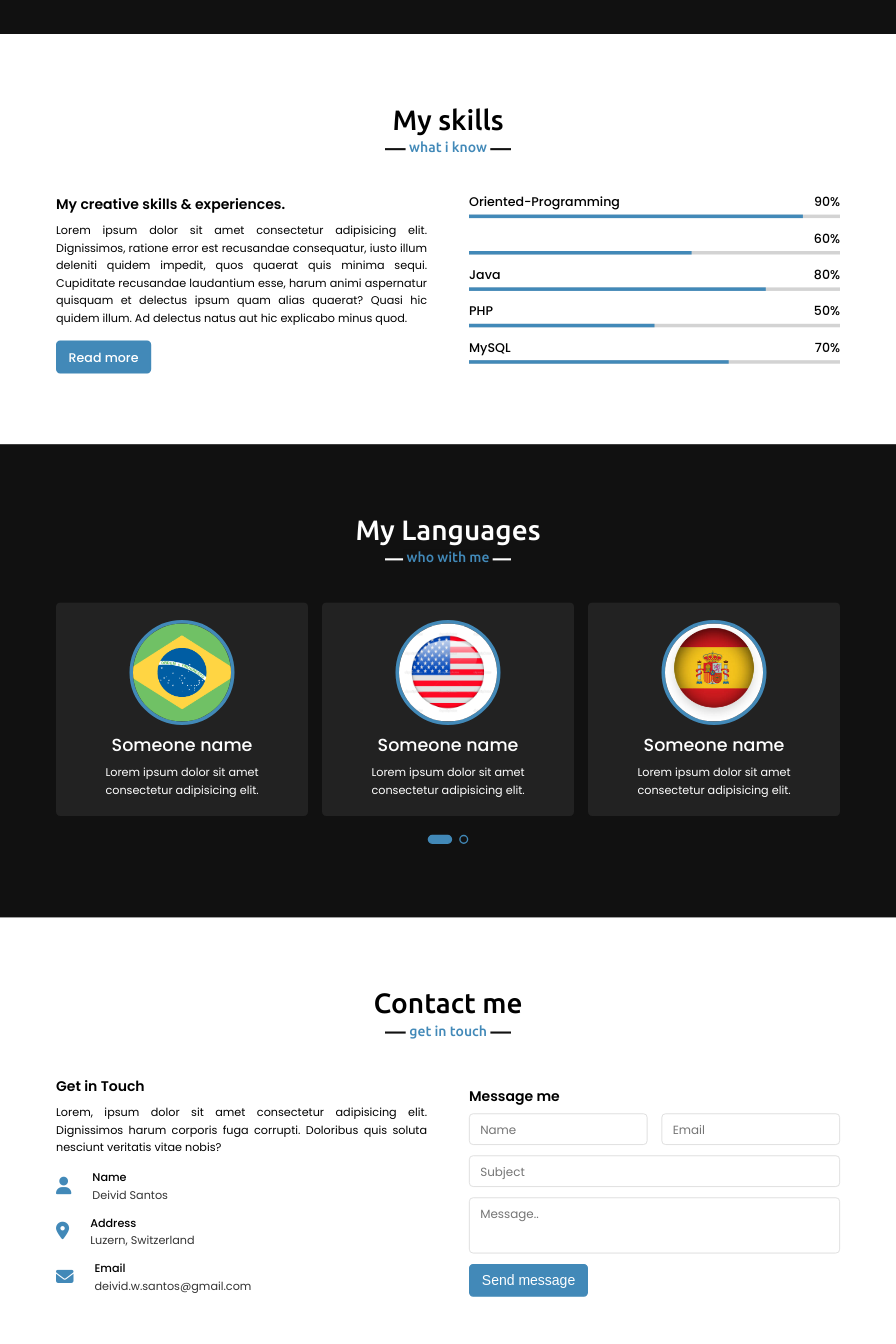
Repository: deividwsantoss/portfolio
Page: index.html
These files come from the project's save history. The page is drawn as it stood at one moment and after the next save; the edit follows.
The browser window is 1280 px wide. The pictures show the part of the page from y = 2051 to 3971 px (the page is 4073 px tall), at 70% of full size.
Some web libraries are served in a nearby version.

Above is the page before, as saved 2021-03-02 09:06:26.

### index.html
<!DOCTYPE html>
<html lang="en">
    <head>
        <meta charset="UTF-8">
        <meta name="viewport" content="width=device-width, initial-scale=1.0">
       <title>Deivid Santos Portfolio</title>
        <link rel="stylesheet" href="/Content/style.css">
        <script src="https://kit.fontawesome.com/a076d05399.js"></script>
        <script  src="https://code.jquery.com/jquery-3.5.1.min.js"></script>
        <script src="https://cdnjs.cloudflare.com/ajax/libs/typed.js/2.0.11/typed.min.js"></script>
        <script src="https://cdnjs.cloudflare.com/ajax/libs/waypoints/4.0.1/jquery.waypoints.min.js"></script>
        <script src="https://cdnjs.cloudflare.com/ajax/libs/OwlCarousel2/2.3.4/owl.carousel.min.js"></script>
        <link rel="stylesheet" href="https://cdnjs.cloudflare.com/ajax/libs/OwlCarousel2/2.3.4/assets/owl.carousel.min.css"/>
    </head>
<body>
    <nav class="navbar">
        <div class="max-width">
            <div class="logo"><a href="#">Portifo<span>lio.</span></a></div>
            <ul class="menu">
                <li><a href="#home" class="menu-btn">Home</a></li>
                <li><a href="#about" class="menu-btn">About</a></li>
                <li><a href="#services" class="menu-btn">Services</a></li>
                <li><a href="#skills" class="menu-btn">Skills</a></li>
                <li><a href="#teams" class="menu-btn">Teams</a></li>
                <li><a href="#contact" class="menu-btn">Contact</a></li>
            </ul>
            <div class="menu-btn">
                <i class="fas fa-bars"></i>
            </div>
        </div>
    </nav>

    <!-- Home Section Start -->
    <section class="home" id="home">
        <div class="max-width">
            <div class="home-content">
                <div class="text-1">Hello, my name is </div>
                <div class="text-2">Deivid Santos</div>
                <div class="text-3">And I'm a  <span class="typing"></span></div>
            </div>
        </div>
    </section>
<!-- about section start -->
<section class="about" id="about">
    <div class="max-width">
        <h2 class="title">About me</h2>
        <div class="about-content">
            <div class="column left">
                <img src="images/profile-1.jpeg" alt="">
            </div>
            <div class="column right">
                <div class="text">I'm Deivid and I'm a <span class="typing-2"></span></div>
                <p>Lorem ipsum dolor sit amet consectetur adipisicing elit. Quasi ut voluptatum eveniet doloremque autem excepturi eaque, sit laboriosam voluptatem nisi delectus. Facere explicabo hic minus accusamus alias fuga nihil dolorum quae. Explicabo illo unde, odio consequatur ipsam possimus veritatis, placeat, ab molestiae velit inventore exercitationem consequuntur blanditiis omnis beatae. Dolor iste excepturi ratione soluta quas culpa voluptatum repudiandae harum non.</p>
                <a href="#">Download CV</a>
            </div>
        </div>
    </div>
</section>
  <!-- services section start -->
  <section class="services" id="services">
    <div class="max-width">
        <h2 class="title">My services</h2>
        <div class="serv-content">
            <div class="card">
                <div class="box">
                    <i class="fas fa-paint-brush"></i>
                    <div class="text">Software Development</div>
                    <p>With good knowledge in Oriented-Object Programing, solutions-oriented professional, I am passionate about all the Software Development Life Cycle, from extensive analysis and design though execution and maintenance. </p>
                </div>
            </div>
            <div class="card">
                <div class="box">
                    <i class="fas fa-chart-line"></i>
                    <div class="text">Test Engineer</div>
                    <p>Experienced with software testing and quality assurance, with excellent analytical and diversified experience in manual and automated testing of web-based and client/server application.  </p>
                </div>
            </div>
            <div class="card">
                <div class="box">
                    <i class="fas fa-code"></i>
                    <div class="text">Software Engineer</div>
                    <p>Seasoned, foward-looking, with +4 years' background in creating and executing innovative software solutions to enhance business productivity.</p>
                </div>
            </div>
           </div>
        </div>
    </div>
</section>

<!-- skills section start -->
<section class="skills" id="skills">
    <div class="max-width">
        <h2 class="title">My skills</h2>
        <div class="skills-content">
            <div class="column left">
                <div class="text">My creative skills & experiences.</div>
                <p>Lorem ipsum dolor sit amet consectetur adipisicing elit. Dignissimos, ratione error est recusandae consequatur, iusto illum deleniti quidem impedit, quos quaerat quis minima sequi. Cupiditate recusandae laudantium esse, harum animi aspernatur quisquam et delectus ipsum quam alias quaerat? Quasi hic quidem illum. Ad delectus natus aut hic explicabo minus quod.</p>
                <a href="#">Read more</a>
            </div>
            <div class="column right">
                <div class="bars">
                    <div class="info">
                        <span>Oriented-Programming</span>
                        <span>90%</span>
                    </div>
                    <div class="line html"></div>
                </div>
                <div class="bars">
                    <div class="info">
                        <span></span>
                        <span>60%</span>
                    </div>
                    <div class="line css"></div>
                </div>
                <div class="bars">
                    <div class="info">
                        <span>Java</span>
                        <span>80%</span>
                    </div>
                    <div class="line js"></div>
                </div>
                <div class="bars">
                    <div class="info">
                        <span>PHP</span>
                        <span>50%</span>
                    </div>
                    <div class="line php"></div>
                </div>
                <div class="bars">
                    <div class="info">
                        <span>MySQL</span>
                        <span>70%</span>
                    </div>
                    <div class="line mysql"></div>
                </div>
            </div>
        </div>
    </div>
</section>

<!-- speaking section start -->
<section class="teams" id="teams">
    <div class="max-width">
        <h2 class="title">My Languages</h2>
        <div class="carousel owl-carousel">
            <div class="card">
                <div class="box">
                    <img src="images/brazil.jpg" alt="">
                    <div class="text">Someone name</div>
                    <p>Lorem ipsum dolor sit amet consectetur adipisicing elit.</p>
                </div>
            </div>
            <div class="card">
                <div class="box">
                    <img src="images/usa.jpg" alt="">
                    <div class="text">Someone name</div>
                    <p>Lorem ipsum dolor sit amet consectetur adipisicing elit.</p>
                </div>
            </div>
            <div class="card">
                <div class="box">
                    <img src="images/spain-flag-button-round.jpeg" alt="">
                    <div class="text">Someone name</div>
                    <p>Lorem ipsum dolor sit amet consectetur adipisicing elit.</p>
                </div>
            </div>
            <div class="card">
                <div class="box">
                    <img src="images/profile-4.jpeg" alt="">
                    <div class="text">Someone name</div>
                    <p>Lorem ipsum dolor sit amet consectetur adipisicing elit.</p>
                </div>
            </div>
            <div class="card">
                <div class="box">
                    <img src="images/profile-5.jpeg" alt="">
                    <div class="text">Someone name</div>
                    <p>Lorem ipsum dolor sit amet consectetur adipisicing elit.</p>
                </div>
            </div>
        </div>
    </div>
</section>

<!-- contact section start -->
<section class="contact" id="contact">
    <div class="max-width">
        <h2 class="title">Contact me</h2>
        <div class="contact-content">
            <div class="column left">
                <div class="text">Get in Touch</div>
                <p>Lorem, ipsum dolor sit amet consectetur adipisicing elit. Dignissimos harum corporis fuga corrupti. Doloribus quis soluta nesciunt veritatis vitae nobis?</p>
                <div class="icons">
                    <div class="row">
                        <i class="fas fa-user"></i>
                        <div class="info">
                            <div class="head">Name</div>
                            <div class="sub-title">Deivid Santos</div>
                        </div>
                    </div>
                    <div class="row">
                        <i class="fas fa-map-marker-alt"></i>
                        <div class="info">
                            <div class="head">Address</div>
                            <div class="sub-title">Luzern, Switzerland</div>
                        </div>
                    </div>
                    <div class="row">
                        <i class="fas fa-envelope"></i>
                        <div class="info">
                            <div class="head">Email</div>
                            <div class="sub-title">deivid.w.santos@gmail.com</div>
                        </div>
                    </div>
                </div>
            </div>
            <div class="column right">
                <div class="text">Message me</div>
                <form action="#">
                    <div class="fields">
                        <div class="field name">
                            <input type="text" placeholder="Name" required>
                        </div>
                        <div class="field email">
                            <input type="email" placeholder="Email" required>
                        </div>
                    </div>
                    <div class="field">
                        <input type="text" placeholder="Subject" required>
                    </div>
                    <div class="field textarea">
                        <textarea cols="30" rows="10" placeholder="Message.." required></textarea>
                    </div>
                    <div class="button">
                        <button type="submit">Send message</button>
                    </div>
                </form>
            </div>
        </div>
    </div>
</section>

<!-- footer section start -->
<footer>
    <span>Created By Deivid Santos | <span class="far fa-copyright"></span> 2021 All rights reserved.</span>
</footer>

<script src="script.js"></script>
</body>
</html>
    <script src="/Scripts/script.js" type="text/javascript"></script>
</body>
</html>

Loaded but not shown: Scripts/script.js (72 lines, source omitted); Content/style.css (673 lines, source omitted)

After the next save:
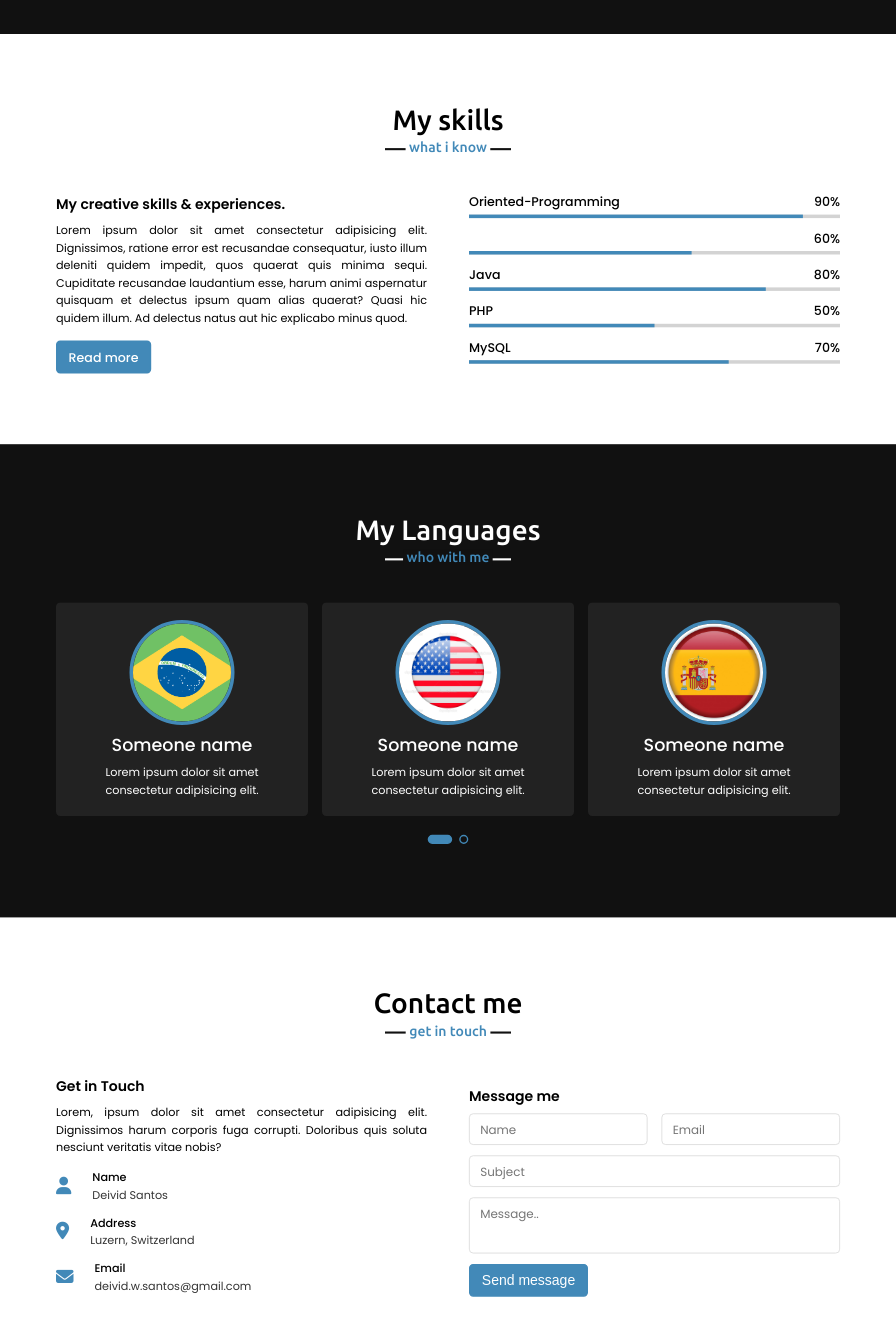
Saved 54 s later.
--- a/index.html
+++ b/index.html
@@ -159,7 +159,7 @@
             </div>
             <div class="card">
                 <div class="box">
-                    <img src="images/spain-flag-button-round.jpeg" alt="">
+                    <img src="images/depositphotos_5100716-stock-illustration-spain-flag-icon.jpg" alt="">
                     <div class="text">Someone name</div>
                     <p>Lorem ipsum dolor sit amet consectetur adipisicing elit.</p>
                 </div>
